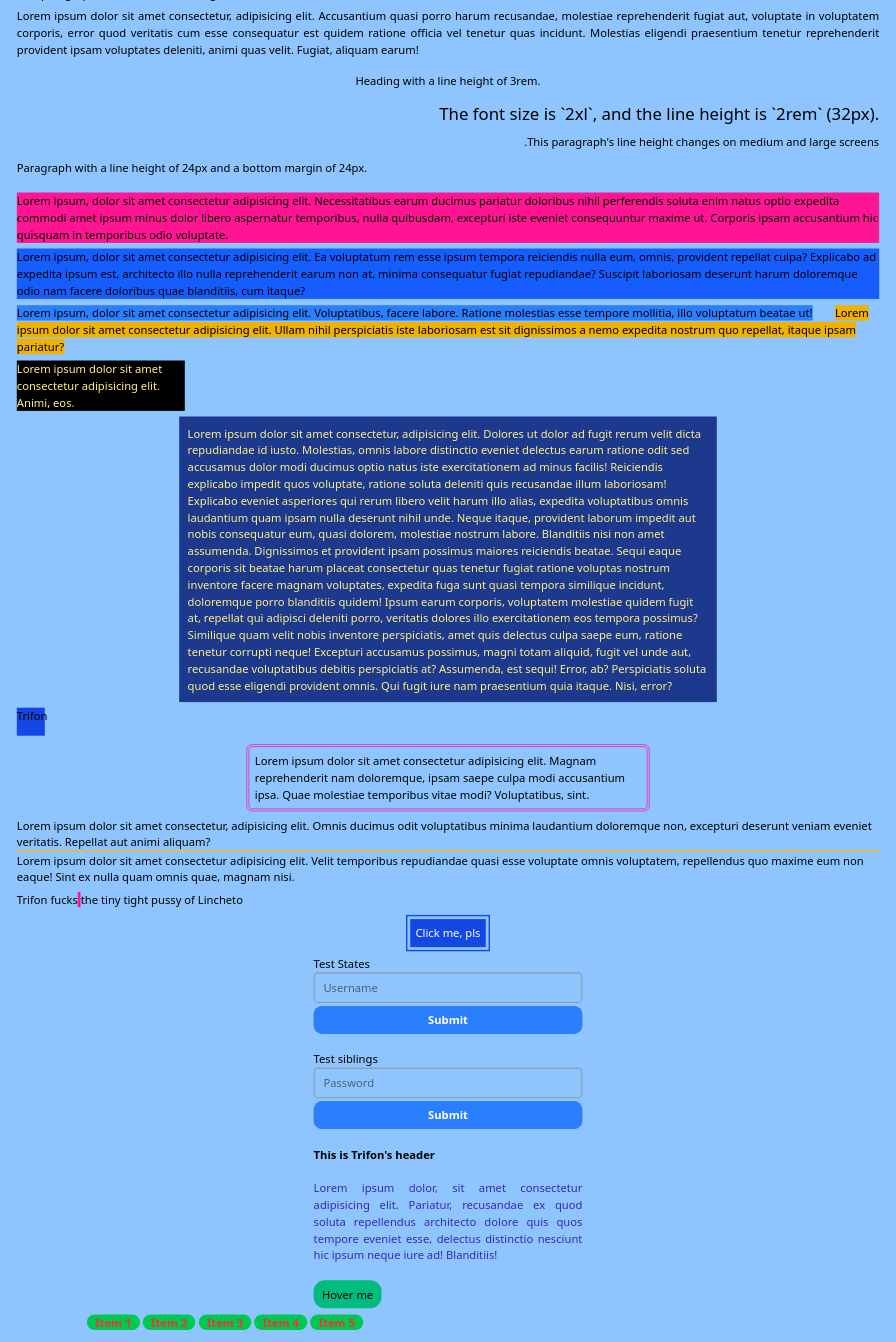
Repository: DinTri/TailwindCss
Page: index.html
The author's editor kept a copy of each file at every save. The page is drawn from the files as they stood at one save, then again after the next save.
The browser window is 1280 px wide. The pictures show the part of the page from y = 1180 to 3100 px (the page is 3097 px tall before and 3100 px after), at 70% of full size.
Some web fonts or font styles are not loaded; a fallback is used.

Above is the page before, as saved 2025-06-15 18:23:52.

### index.html
<!DOCTYPE html>
<html lang="en">
  <head>
    <meta charset="UTF-8">
    <meta name="viewport" content="width=device-width, initial-scale=1">
    <title>Play with Tailwind</title>
    <link rel="preconnect" href="https://fonts.googleapis.com">
<link rel="preconnect" href="https://fonts.gstatic.com" crossorigin>
<link href="https://fonts.googleapis.com/css2?family=Edu+VIC+WA+NT+Hand+Pre:wght@400..700&display=swap" rel="stylesheet">
    <link rel="stylesheet" href="style.css">
    </head>
  <body class="h-screen bg-blue-300">
    <div class="m-2 p-4 space-y-2">
      <section class="text-center py-6">
  <h1 class="text-5xl leading-tight font-bold">
    Welcome to Our Product
  </h1>
  <p class="text-xl leading-relaxed mt-4">
    Discover features that will change the way you work.
  </p>
</section>
<div class="product-description">
  <h2 class="text-2xl leading-snug">
    Product Features
  </h2>
  <ul class="list-disc pl-5 leading-normal">
    <li>High-quality materials</li>
    <li>Innovative design</li>
    <li>Exceptional performance</li>
  </ul>
</div>
<form class="max-w-md mx-auto">
  <label id="testLabel" class="block text-sm leading-tight mb-2">
    Email Address
  </label>
  <input type="email" aria-labelledby="testLabel" class="w-full border rounded px-3 py-2 mb-4">
  <small class="text-xs leading-snug text-gray-600">
    We'll never share your email with anyone else.
  </small>
</form>
    <p class="text-3xl leading-none">Lorem ipsum dolor sit amet consectetur adipisicing elit. Nulla, aliquam cupiditate! Blanditiis ipsum, voluptas necessitatibus vel eos suscipit nam possimus ducimus magni consequuntur earum numquam. Omnis ut voluptatum aliquam, architecto sed ad, velit magnam voluptate delectus, a maxime minima at ullam temporibus?</p>
    <p class="text-base leading-normal font-[var(--font-extbold)]">
  This text scales smoothly with font size changes.
</p>
<h1 class="text-4xl leading-10 text-right">
  Precise Heading Alignment
</h1>
<p class="text-2xl font-medium text-[var(--color-deeppink)]">
  This text is deep pink!
</p>
<div class="bg-black p-4">
<p class="text-2xl text-[var(--color-turquoise)]">
  This text uses a custom turquoise color!
</p>
</div>
<div class="bg-gray-100 p-4">
  <p class="text-[#000080] text-2xl">
    This navy blue text stands out on a light gray background.
  </p>
  <p class="line-through">Lorem ipsum, dolor sit amet consectetur adipisicing elit. Porro id suscipit quaerat minus corporis hic nobis ipsa ut distinctio esse?</p>
  <p class="underline underline-offset-4">Lorem ipsum dolor sit amet consectetur adipisicing elit. Cum placeat laboriosam illum officia aliquid quibusdam sed perferendis temporibus a architecto?</p>
  <p class="underline decoration-amber-500 decoration-wavy">Lorem ipsum dolor sit amet consectetur adipisicing elit. Illo, explicabo! Omnis odit non eum tempore corrupti atque illum nemo libero.</p>
</div>
<ul class="list-[upper-roman] p-[revert]">
  <li>item 1</li>
  <li>item 2</li>
  <li>item 3</li>
</ul>
<ul class="list-emoji pl-6">
  <li class="before:content-['🔥'] before:mr-2">Fire</li>
  <li class="before:content-['⭐'] before:mr-2">Star</li>
  <li class="before:content-['🍆'] before:mr-2">Dick</li>
  <li class="before:content-['👉👌💦'] before:mr-2">Fuck</li>
  <li class="before:content-['💖💗🥰💞'] before:mr-2">Love</li>
</ul>
<p class="text-lg/relaxed">
  The font size is `lg`, and the line height is `relaxed`.
</p>
<p class="leading-relaxed" lang="ja">
  日本語のテキストがここに入ります。
</p>
<p class="leading-[1.45]">
  This paragraph has a custom line height of 1.45.
</p>
<p class="text-justify">Lorem ipsum dolor sit amet consectetur, adipisicing elit. Accusantium quasi porro harum recusandae, molestiae reprehenderit fugiat aut, voluptate in voluptatem corporis, error quod veritatis cum esse consequatur est quidem ratione officia vel tenetur quas incidunt. Molestias eligendi praesentium tenetur reprehenderit provident ipsam voluptates deleniti, animi quas velit. Fugiat, aliquam earum!</p>
<h1 class="leading-[3rem] text-center">
  Heading with a line height of 3rem.
</h1>
<p class="text-2xl/8 text-end">
  The font size is `2xl`, and the line height is `2rem` (32px).
</p>
<p class="leading-normal md:leading-relaxed lg:leading-loose text-start" dir="rtl">
  This paragraph's line height changes on medium and large screens.
</p>
<p class="text-base leading-6 mb-6">
  Paragraph with a line height of 24px and a bottom margin of 24px.
</p>
<div class="space-y-2">
  <p class="bg-[var(--color-deeppink)]">Lorem ipsum, dolor sit amet consectetur adipisicing elit. Necessitatibus earum ducimus pariatur doloribus nihil perferendis soluta enim natus optio expedita commodi amet ipsum minus dolor libero aspernatur temporibus, nulla quibusdam, excepturi iste eveniet consequuntur maxime ut. Corporis ipsam accusantium hic quisquam in temporibus odio voluptate.</p>
  <p class="bg-blue-600">Lorem ipsum, dolor sit amet consectetur adipisicing elit. Ea voluptatum rem esse ipsum tempora reiciendis nulla eum, omnis, provident repellat culpa? Explicabo ad expedita ipsum est, architecto illo nulla reprehenderit earum non at, minima consequatur fugiat repudiandae? Suscipit laboriosam deserunt harum doloremque odio nam facere doloribus quae blanditiis, cum itaque?</p>
</div>
<div class="space-x-8">
  <span class="bg-blue-500">Lorem ipsum, dolor sit amet consectetur adipisicing elit. Voluptatibus, facere labore. Ratione molestias esse tempore mollitia, illo voluptatum beatae ut!</span><span class="bg-yellow-500">Lorem ipsum dolor sit amet consectetur adipisicing elit. Ullam nihil perspiciatis iste laboriosam est sit dignissimos a nemo expedita nostrum quo repellat, itaque ipsam pariatur?</span>
</div>
<p class="bg-black text-yellow-200 w-60">Lorem ipsum dolor sit amet consectetur adipisicing elit. Animi, eos.</p>
<div class="bg-blue-900 text-yellow-200 max-w-screen-md mx-auto p-3">Lorem ipsum dolor sit amet consectetur, adipisicing elit. Dolores ut dolor ad fugit rerum velit dicta repudiandae id iusto. Molestias, omnis labore distinctio eveniet delectus earum ratione odit sed accusamus dolor modi ducimus optio natus iste exercitationem ad minus facilis! Reiciendis explicabo impedit quos voluptate, ratione soluta deleniti quis recusandae illum laboriosam! Explicabo eveniet asperiores qui rerum libero velit harum illo alias, expedita voluptatibus omnis laudantium quam ipsam nulla deserunt nihil unde. Neque itaque, provident laborum impedit aut nobis consequatur eum, quasi dolorem, molestiae nostrum labore. Blanditiis nisi non amet assumenda. Dignissimos et provident ipsam possimus maiores reiciendis beatae. Sequi eaque corporis sit beatae harum placeat consectetur quas tenetur fugiat ratione voluptas nostrum inventore facere magnam voluptates, expedita fuga sunt quasi tempora similique incidunt, doloremque porro blanditiis quidem! Ipsum earum corporis, voluptatem molestiae quidem fugit at, repellat qui adipisci deleniti porro, veritatis dolores illo exercitationem eos tempora possimus? Similique quam velit nobis inventore perspiciatis, amet quis delectus culpa saepe eum, ratione tenetur corrupti neque! Excepturi accusamus possimus, magni totam aliquid, fugit vel unde aut, recusandae voluptatibus debitis perspiciatis at? Assumenda, est sequi! Error, ab? Perspiciatis soluta quod esse eligendi provident omnis. Qui fugit iure nam praesentium quia itaque. Nisi, error?</div>
<div class="bg-blue-700 size-10 mb-3">Trifon</div>
<p class="max-w-xl mx-auto border-4 border-[#ff1493] border-double rounded-lg p-2">Lorem ipsum dolor sit amet consectetur adipisicing elit. Magnam reprehenderit nam doloremque, ipsam saepe culpa modi accusantium ipsa. Quae molestiae temporibus vitae modi? Voluptatibus, sint.</p>
<div class="divide-y-2 divide-amber-400">
  <p class="">Lorem ipsum dolor sit amet consectetur, adipisicing elit. Omnis ducimus odit voluptatibus minima laudantium doloremque non, excepturi deserunt veniam eveniet veritatis. Repellat aut animi aliquam?</p>
  <p class="">Lorem ipsum dolor sit amet consectetur adipisicing elit. Velit temporibus repudiandae quasi esse voluptate omnis voluptatem, repellendus quo maxime eum non eaque! Sint ex nulla quam omnis quae, magnam nisi.</p>
</div>
<div class="divide-x-4 divide-[#ff1493] mb-4"><span>Trifon fucks</span><span>the tiny tight pussy of Lincheto</span></div>
<button class="outline-2 outline-blue-700 outline-offset-4 p-2 flex items-center justify-center mx-auto bg-blue-700 text-white mb-3 cursor-pointer">Click me, pls</button>
<form class="max-w-sm mx-auto space-y-6">
  <div>
  <label for="my">Test States</label>
  <input minlength="6" placeholder="Username" type="text" id="my" class="peer/username w-full border-slate-400 border-2 rounded-md px-3 py-2 mb-1 focus:outline-sky-600" />
  <p class="text-red-500 hidden peer-focus/username:block">Minimum 6 chars</p>
  <button type="submit" class="w-full bg-blue-500 text-white px-3 py-2 cursor-pointer rounded-xl font-semibold hover:bg-sky-700 hover:font-bold active:bg-red-500">Submit</button>
  </div>
  <div>
  <label for="my">Test siblings</label>
  <input minlength="8" type="password" id="my" placeholder="Password" class="peer/password w-full border-slate-400 border-2 rounded-md px-3 py-2 mb-1 focus:outline-sky-600" />
  <p class="text-red-500 hidden peer-invalid/password:block">Minimum 8 chars</p>
  <button type="submit" class="w-full bg-blue-500 text-white px-3 py-2 cursor-pointer rounded-xl font-semibold hover:bg-sky-700 hover:font-bold active:bg-red-500">Submit</button>
  </div>
</form>

<div class="group/parent1 space-y-6 max-w-sm mx-auto mt-6 hover:bg-[#ff1453]">
  <h3 class="font-semibold group-hover/parent1:text-white">This is Trifon's header</h3>
  <p class="text-indigo-800 text-justify group-hover/parent1:text-white">Lorem ipsum dolor, sit amet consectetur adipisicing elit. Pariatur, recusandae ex quod soluta repellendus architecto dolore quis quos tempore eveniet esse, delectus distinctio nesciunt hic ipsum neque iure ad! Blanditiis!</p>
  <button disabled class="group/parent2 group-hover:text-white bg-emerald-800 rounded-2xl disabled:bg-emerald-500 disabled:cursor-not-allowed px-3 py-2">Hover me <span class="hidden group-hover/parent2:inline text-white">You will see some magic, just hover me. Yeah... but you are disabled, shame on you</span></button></div>
  <ul class="pl-25 *:text-red-500 font-semibold *:bg-green-500 *:inline *:rounded-xl *:px-3 *:py5" >
    <li class="">Item 1</li>
    <li class="">Item 2</li>
    <li class="">Item 3</li>
    <li class="">Item 4</li>
    <li class="">Item 5</li>
  </ul>
</div>

  </body>
</html>

Loaded but not shown: style.css (2230 lines, source omitted)

After the next save:
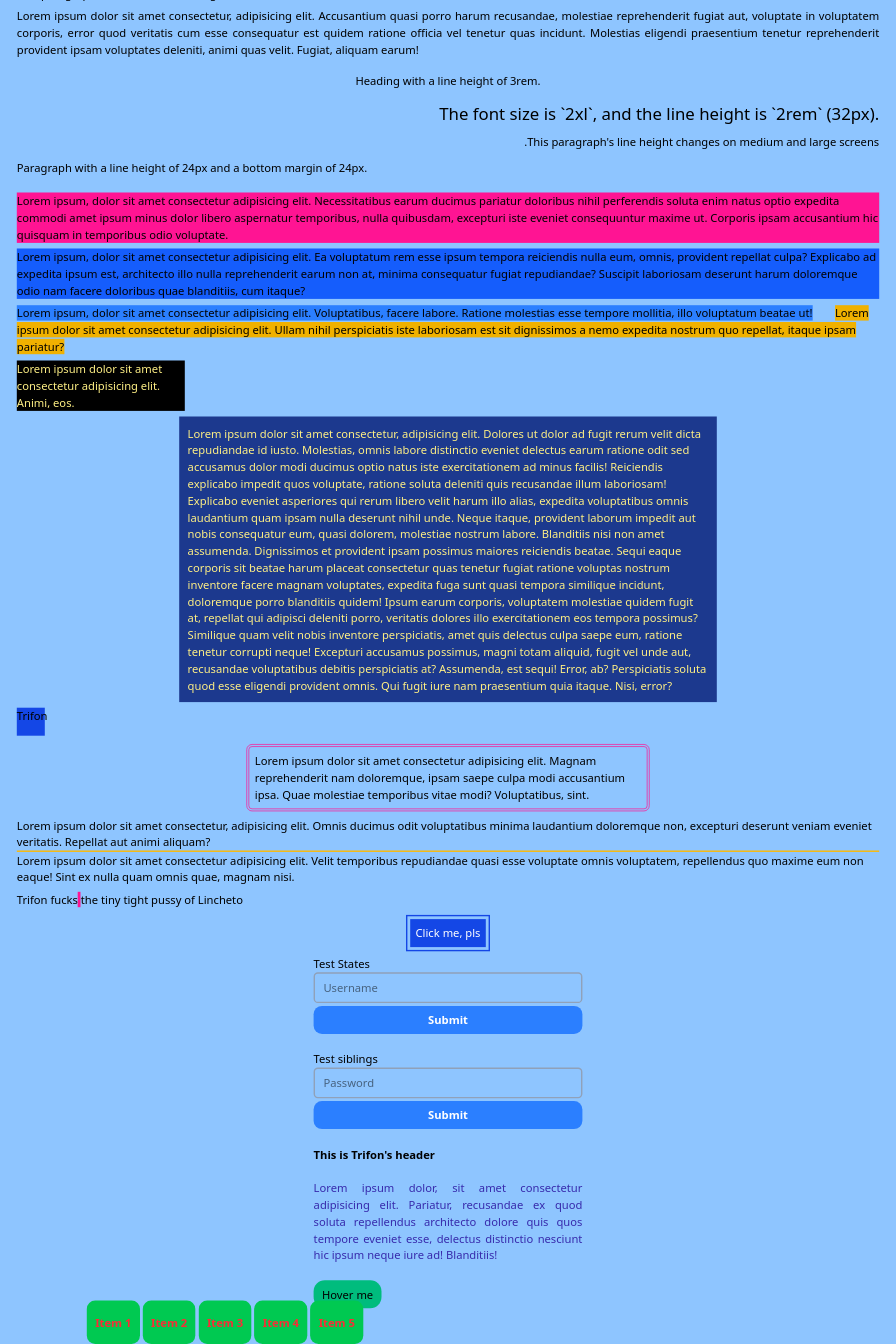
Saved 44 s later.
--- a/index.html
+++ b/index.html
@@ -131,7 +131,7 @@
   <h3 class="font-semibold group-hover/parent1:text-white">This is Trifon's header</h3>
   <p class="text-indigo-800 text-justify group-hover/parent1:text-white">Lorem ipsum dolor, sit amet consectetur adipisicing elit. Pariatur, recusandae ex quod soluta repellendus architecto dolore quis quos tempore eveniet esse, delectus distinctio nesciunt hic ipsum neque iure ad! Blanditiis!</p>
   <button disabled class="group/parent2 group-hover:text-white bg-emerald-800 rounded-2xl disabled:bg-emerald-500 disabled:cursor-not-allowed px-3 py-2">Hover me <span class="hidden group-hover/parent2:inline text-white">You will see some magic, just hover me. Yeah... but you are disabled, shame on you</span></button></div>
-  <ul class="pl-25 *:text-red-500 font-semibold *:bg-green-500 *:inline *:rounded-xl *:px-3 *:py5" >
+  <ul class="pl-25 *:text-red-500 font-semibold *:bg-green-500 *:inline *:rounded-xl *:px-3 *:py-5" >
     <li class="">Item 1</li>
     <li class="">Item 2</li>
     <li class="">Item 3</li>
